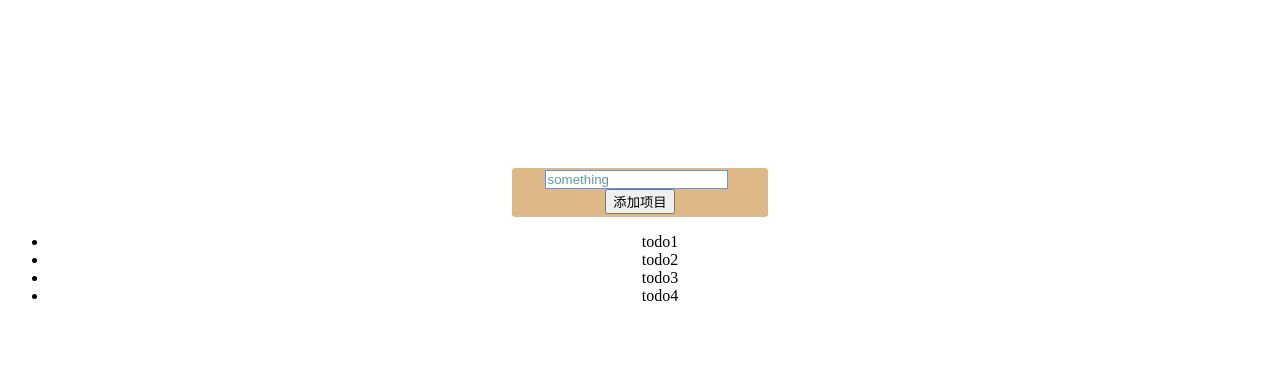
Repository: ArtemisWang/todolistProject
Page: /
These files come from the project's save history. The page is drawn as it stood at one moment and after the next save; the edit follows.
The browser window is 1280 px wide. The pictures show the whole page.
The project was rebuilt for these pictures with package versions that can differ from the ones it lists, and the page was loaded fresh each time.

Above is the page before, as saved 2020-02-28 21:45:20.

### src/App.js
import React,{useState} from 'react';
import './App.css'
const App=function(){

    const [list, setList]=useState(['todo1','todo2','todo3','todo4'])
    const [content, setContent]=useState('something')

    function addItem(){
        setList([...list,content])
        setContent('')
    }

    function changeContent(e){
        setContent(e.target.value)
        return content
    }

    function deleteItem(i){
        setList(list.filter((x,index)=>index!==i))
    }

    return (
    <div className='app'>
        <div className='input'>
            <input onChange={changeContent} value={content} className='input-text'/>
            <button onClick={addItem} className='button'>添加项目</button>
        </div>
        <div className='u-list'>
            <ul>
                {list.map((it,i)=>(<li key={it+i} onClick={deleteItem.bind(this,i)}>{it}</li>))}
            </ul>
        </div>
    </div>)
}




export default App

### src/App.css
.app{
    text-align: center;
    padding-top: 10rem;
}

.input{
    display: block;
    background-color: burlywood;
    width: 16rem;
    margin-left:auto;
    margin-right:auto;
    padding-top: 0.1rem;
    padding-bottom: 0.2rem;
    border-radius: .2rem;
}

.input-text{
    color: cadetblue;
    border: cornflowerblue solid 1px;
    display: inline-flex;
    margin-right: .5rem;
}

.but{
    border-radius: .4rem;
    color: gold;

}

Loaded but not shown: public/index.html (common file); src/index.js (common file)

After the next save:
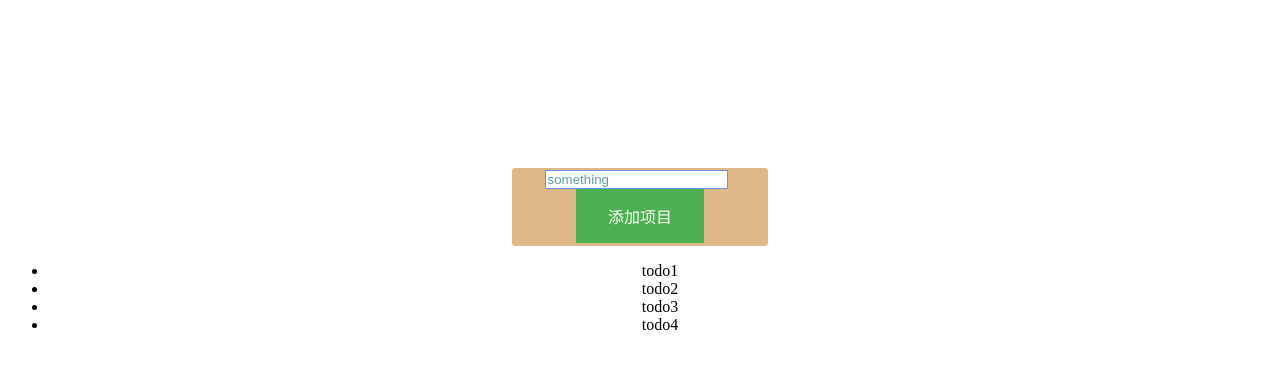
Saved 2 s later.
--- a/src/App.css
+++ b/src/App.css
@@ -21,8 +21,13 @@
     margin-right: .5rem;
 }
 
-.but{
-    border-radius: .4rem;
-    color: gold;
-
+.button {
+    background-color: #4CAF50; /* Green */
+    border: none;
+    color: white;
+    padding: 15px 32px;
+    text-align: center;
+    text-decoration: none;
+    display: inline-block;
+    font-size: 16px;
 }
